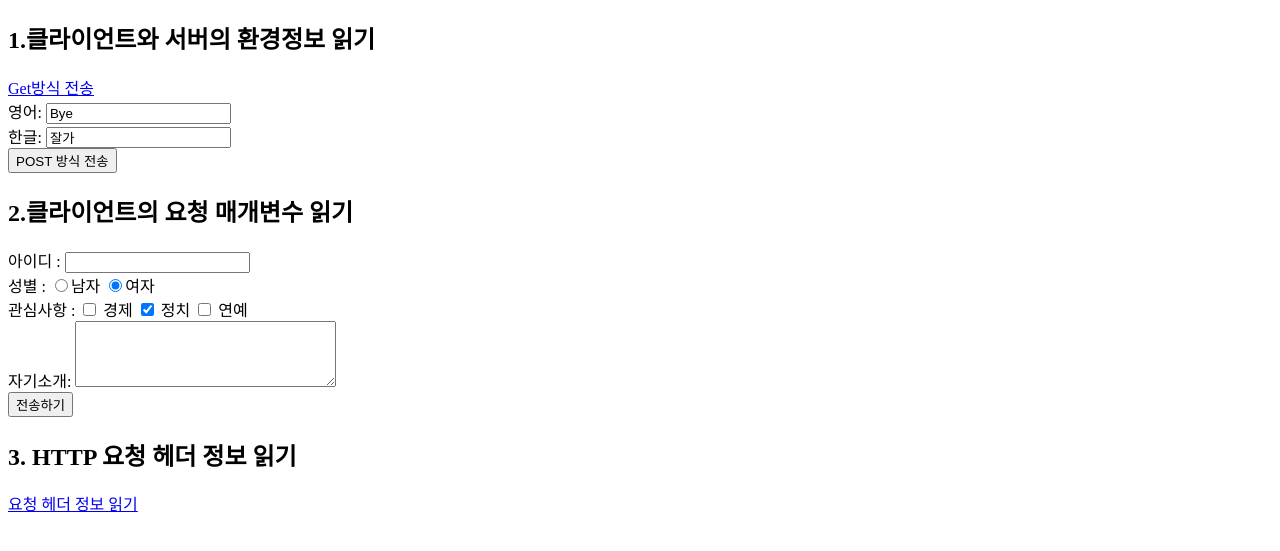
Repository: Byeonghee-son/DB-Servlet
Page: http://localhost/MustHaveJSP/02ImplicitObject/RequestMain.jsp
The author's editor kept a copy of each file at every save. The page is drawn from the files as they stood at one save, then again after the next save.
The browser window is 1280 px wide. The pictures show the whole page.
The page is served by Tomcat 9. Nobody is signed in. The application's start-up code is not run. Other server files are loaded and not shown.

Above is the page before, as saved 2023-05-12 05:53:58.

### MustHaveJSP/src/main/webapp/02ImplicitObject/RequestMain.jsp
<%@ page language="java" contentType="text/html; charset=UTF-8"
    pageEncoding="UTF-8"%>
<!DOCTYPE html>
<html>
<head>
<meta charset="UTF-8">
<title>내장 객체 - request</title>
</head>
<body>
	<h2>1.클라이언트와 서버의 환경정보 읽기</h2>
	<a href = "./RequestWebInfo.jsp?eng=Hello&han=안녕">
	Get방식 전송
	</a>
	<br />
	<form action = "RequestWebInfo.jsp" method= "post">
	영어: <input type = "text" name="eng" value ="Bye" /><br />
	한글: <input type = "text" name="han" value ="잘가 " /><br />
	<input type ="submit" value="POST 방식 전송" />
	</form>

	<h2>2.클라이언트의 요청 매개변수 읽기</h2>
	<form method = "post" action ="RequestParamether.jsp">
		아이디 : <input type ="text" name = "id" value ="" /><br />
		성별 :
		<input type ="radio" name = "sex" value ="man" />남자
		<input type ="radio" name = "sex" value ="woman" checked="checked"/>여자
		<br />
		관심사항 :
		<input type = "checkbox" name = "favo" value = "eco" /> 경제
		<input type = "checkbox" name = "favo" value = "pol" checked="checked"/> 정치
		<input type = "checkbox" name = "favo" value = "ent" /> 연예<br />
		자기소개:
		<textarea name = "intro" cols = "30" rows="4"></textarea>
		<br />
		<input type = "submit" value="전송하기" />
	</form>

	<h2>3. HTTP 요청 헤더 정보 읽기</h2>
	<a href="RequestHeader.jsp">
		요청 헤더 정보 읽기
	</a>
</body>
</html>

After the next save:
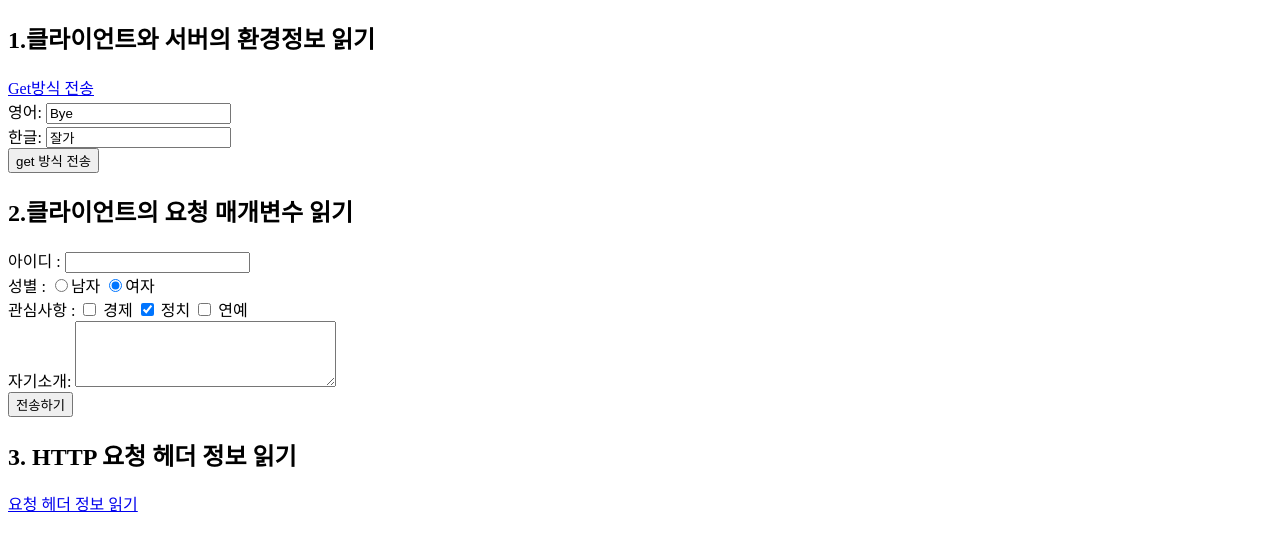
Saved 103 s later.
--- a/MustHaveJSP/src/main/webapp/02ImplicitObject/RequestMain.jsp
+++ b/MustHaveJSP/src/main/webapp/02ImplicitObject/RequestMain.jsp
@@ -12,10 +12,10 @@
 	Get방식 전송
 	</a>
 	<br />
-	<form action = "RequestWebInfo.jsp" method= "post">
+	<form action = "RequestWebInfo.jsp" method= "get">
 	영어: <input type = "text" name="eng" value ="Bye" /><br />
 	한글: <input type = "text" name="han" value ="잘가 " /><br />
-	<input type ="submit" value="POST 방식 전송" />
+	<input type ="submit" value="get 방식 전송" />
 	</form>
 
 	<h2>2.클라이언트의 요청 매개변수 읽기</h2>
